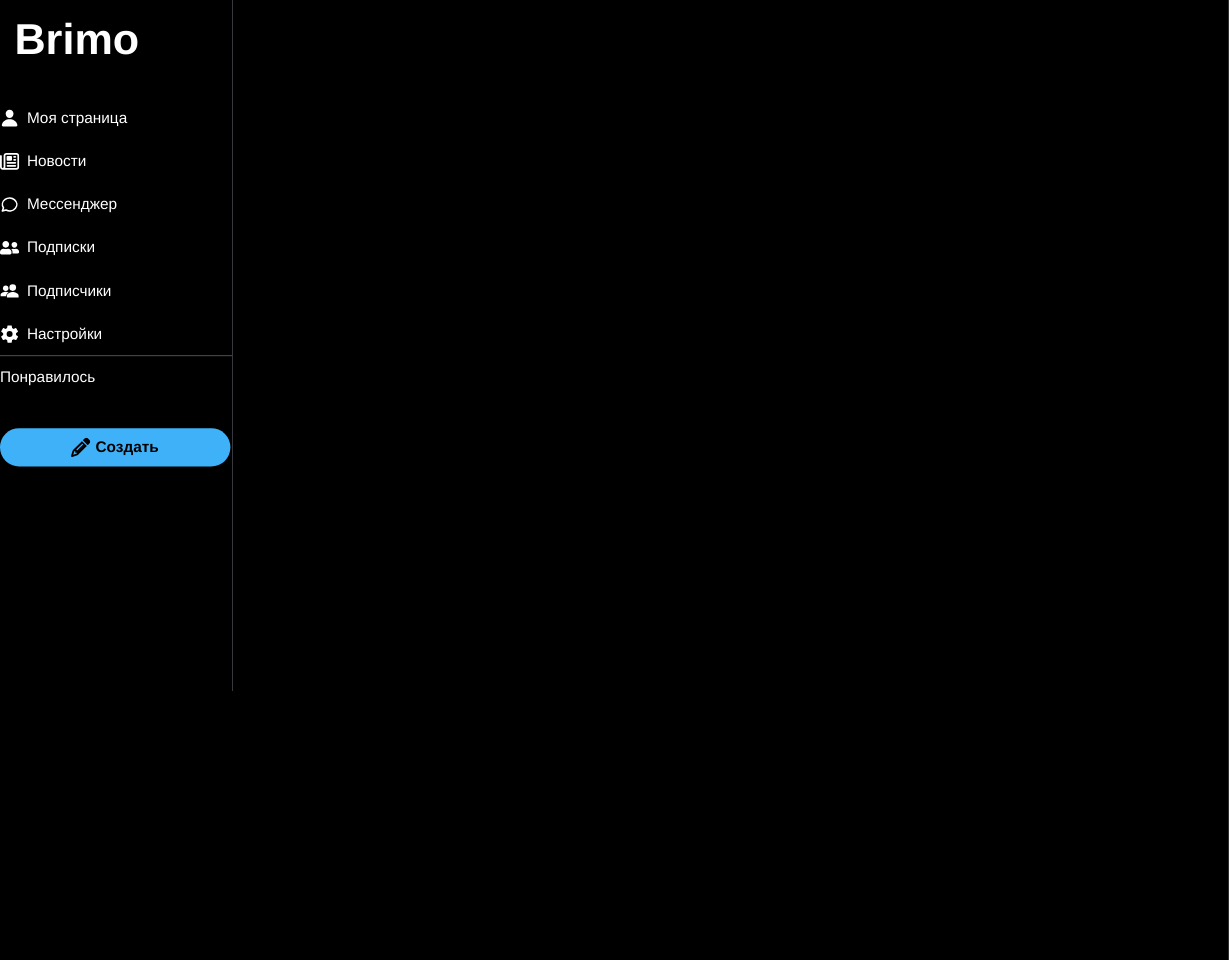
Repository: MaksimKrupkin/socialNetwork
Page: / (app in frontend/socialNetworkFrontend/)
An editor plug-in stored every save of this project. The page is shown before and after the next save, followed by the edit.
The browser window is 1280 px wide. The pictures show the whole page, at 96% of full size.
The project was rebuilt for these pictures with package versions that can differ from the ones it lists, and the page was loaded fresh each time. Also part of the build but not shown: frontend/socialNetworkFrontend/vite.config.js, frontend/socialNetworkFrontend/src/index.css.

Above is the page before, as saved 2024-11-27 20:29:47.

After the next save:
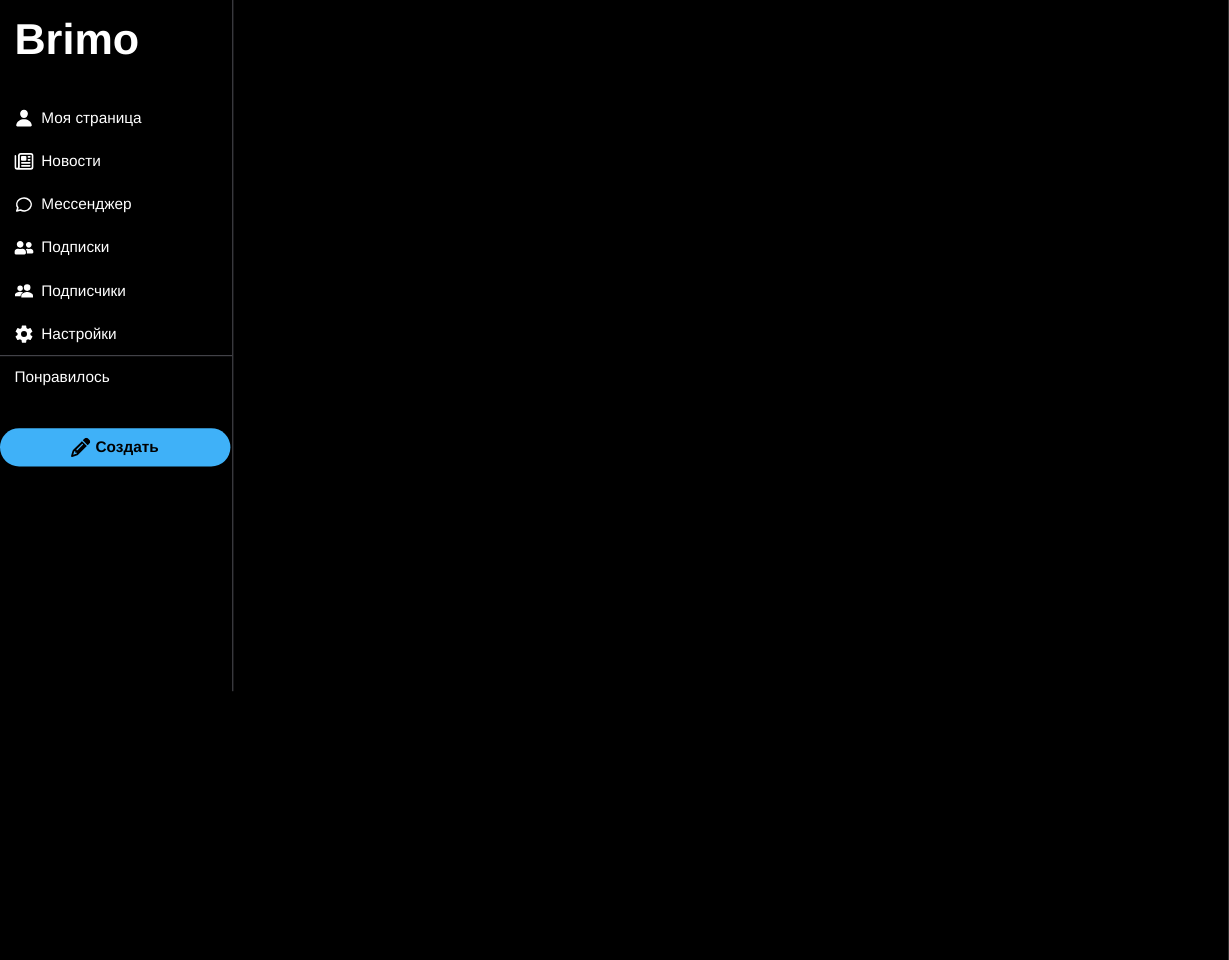
Saved 29 s later.
--- a/frontend/socialNetworkFrontend/src/Components/Navigation/Navigation.module.scss
+++ b/frontend/socialNetworkFrontend/src/Components/Navigation/Navigation.module.scss
@@ -16,6 +16,7 @@
   }
 }
 .item {
+  padding-left: 15px;
   height: 45px;
   display: flex;
   align-items: center;
